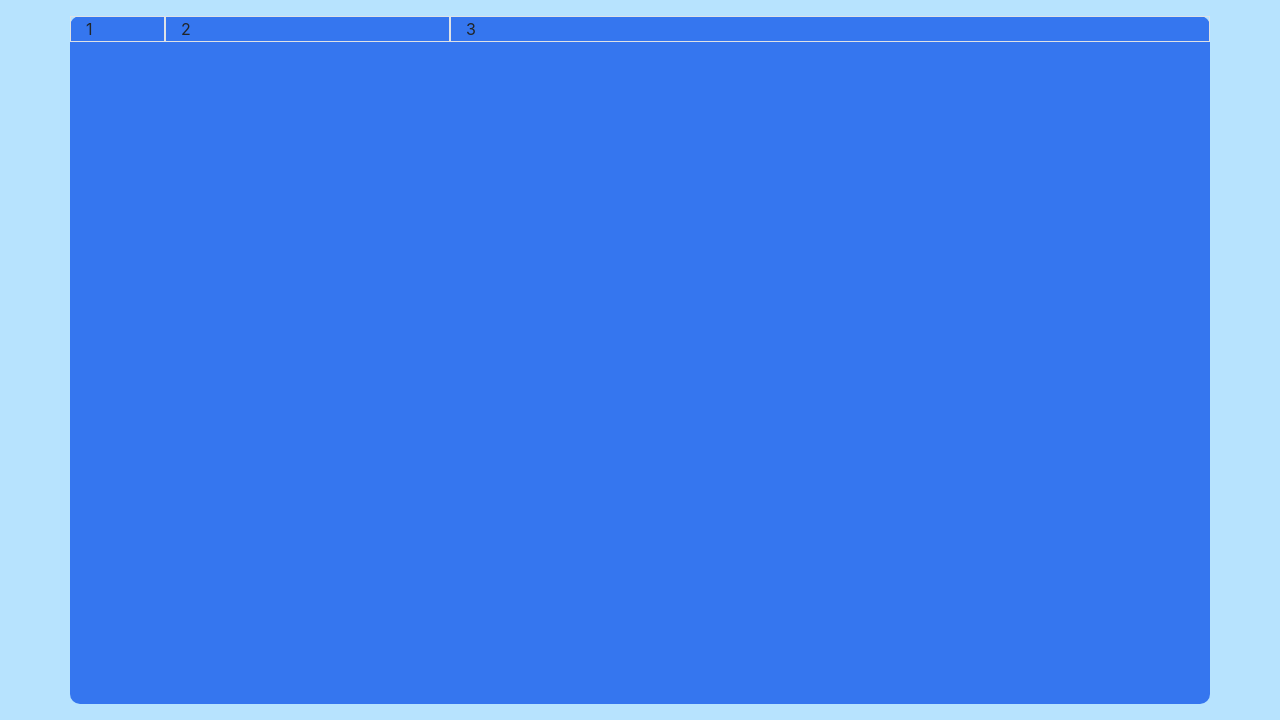
Repository: arafat877/super-chat
Page: /
The author's editor kept a copy of each file at every save. The page is drawn from the files as they stood at one save, then again after the next save.
The browser window is 1280 px wide. The pictures show the whole page.
The project was rebuilt for these pictures with package versions that can differ from the ones it lists, and the page was loaded fresh each time.

Above is the page before, as saved 2020-08-06 21:48:26.

### public/index.html
<!DOCTYPE html>
<html lang="en">
  <head>
    <meta charset="utf-8" />
    <meta name="viewport" content="width=device-width, initial-scale=1" />
    <meta name="theme-color" content="#000000" />
    <meta
      name="description"
      content="Chat application with node.js, express, react.js, mongoDb and socket.io"
    />
    <link rel="stylesheet" href="styles.css" />
    <link
      rel="stylesheet"
      href="https://maxcdn.bootstrapcdn.com/bootstrap/4.5.0/css/bootstrap.min.css"
      integrity="sha384-9aIt2nRpC12Uk9gS9baDl411NQApFmC26EwAOH8WgZl5MYYxFfc+NcPb1dKGj7Sk"
      crossorigin="anonymous"
    />

    <title>Super Chat</title>
  </head>
  <body>
    <noscript>You need to enable JavaScript to run this app.</noscript>
    <div id="root"></div>
  </body>
</html>

### src/App.js
import React from "react";
import "./App.scss";

function App() {

  return (
    <div className="appContainer vh-100 d-flex">
      <div className="container mt-3 mb-3 appWrapper">
        <div className="row">
          <div className="col-md-1 h-100 border">1</div>
          <div className="col-md-3 border">2</div>
          <div className="col-md-8 border">3</div>
        </div>
      </div>
    </div>
  );
}

export default App;

### src/App.scss
.appContainer {
    background-color: #b7e3fe;

  .appWrapper {
    background-color: #3576ef;
    border-radius: 10px;
  }
}

Loaded but not shown: src/index.js (common file); public/styles.css (common file)

After the next save:
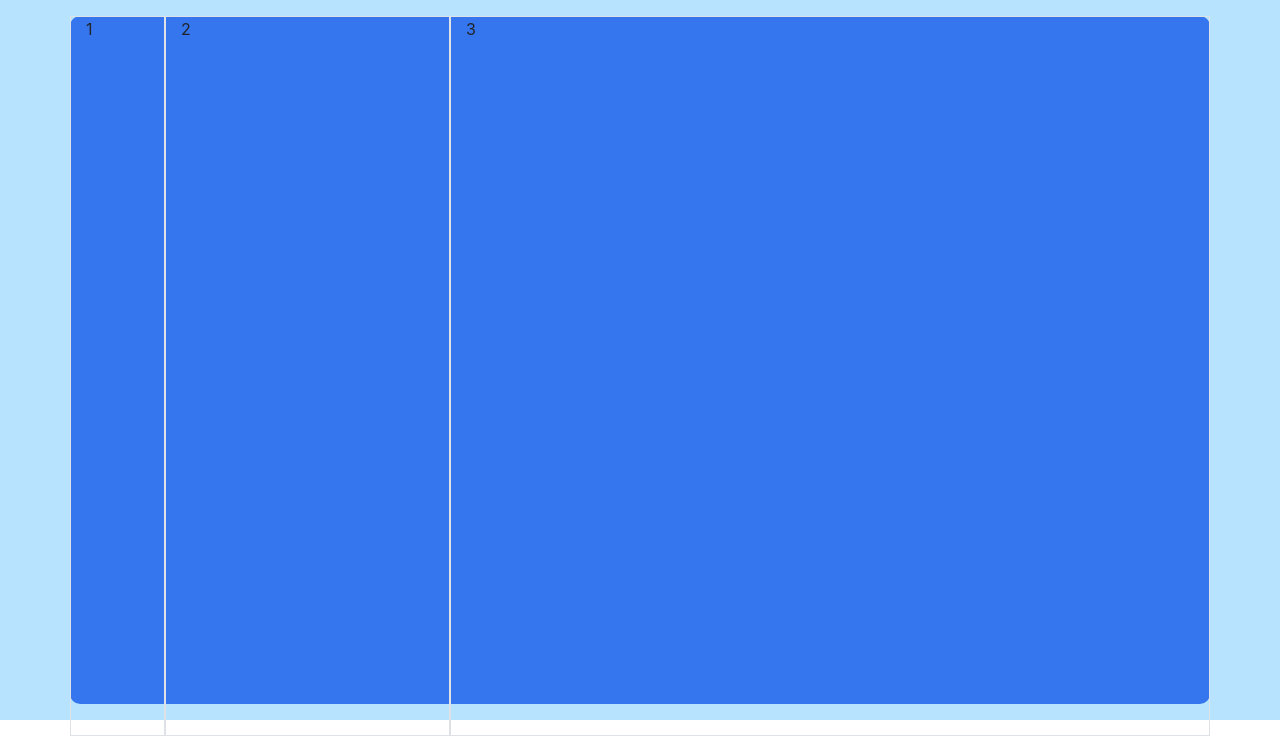
Saved 7 s later.
--- a/src/App.js
+++ b/src/App.js
@@ -7,7 +7,7 @@ function App() {
     <div className="appContainer vh-100 d-flex">
       <div className="container mt-3 mb-3 appWrapper">
         <div className="row">
-          <div className="col-md-1 h-100 border">1</div>
+          <div className="col-md-1 vh-100 border">1</div>
           <div className="col-md-3 border">2</div>
           <div className="col-md-8 border">3</div>
         </div>

After the save that followed:
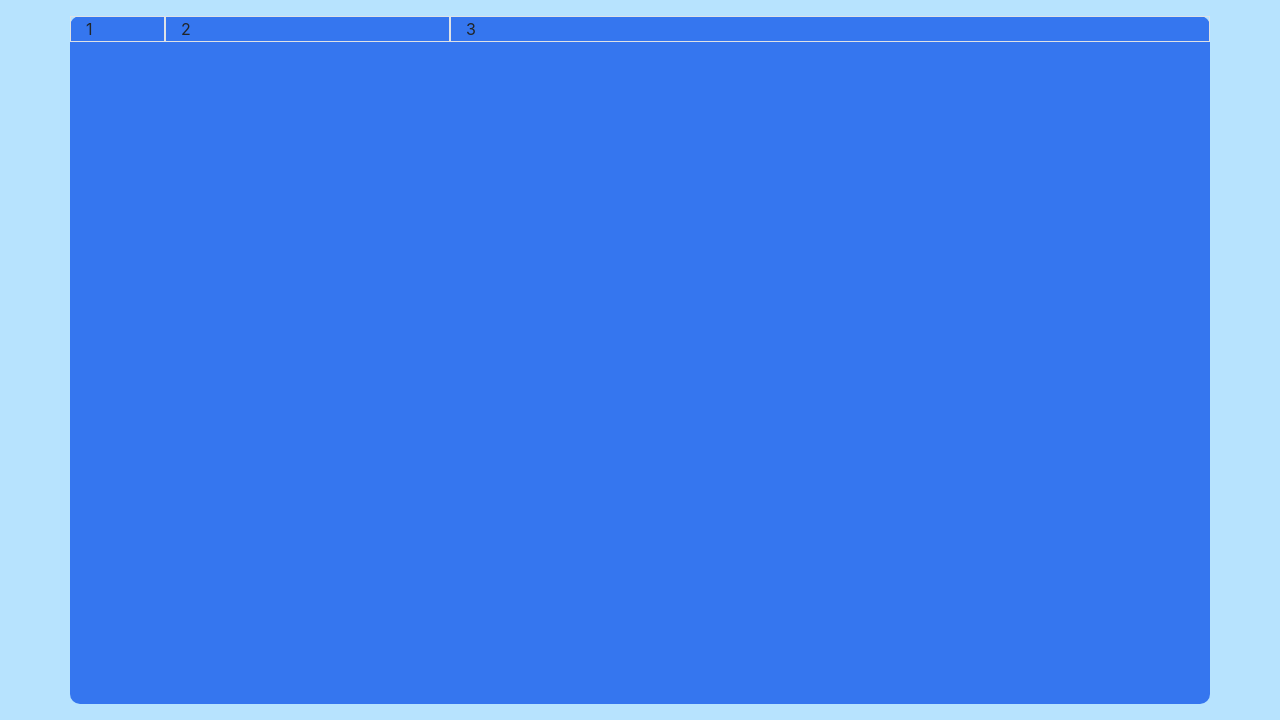
Saved 21 s later.
--- a/src/App.js
+++ b/src/App.js
@@ -7,7 +7,7 @@ function App() {
     <div className="appContainer vh-100 d-flex">
       <div className="container mt-3 mb-3 appWrapper">
         <div className="row">
-          <div className="col-md-1 vh-100 border">1</div>
+          <div className="col-md-1 h-100 border">1</div>
           <div className="col-md-3 border">2</div>
           <div className="col-md-8 border">3</div>
         </div>
